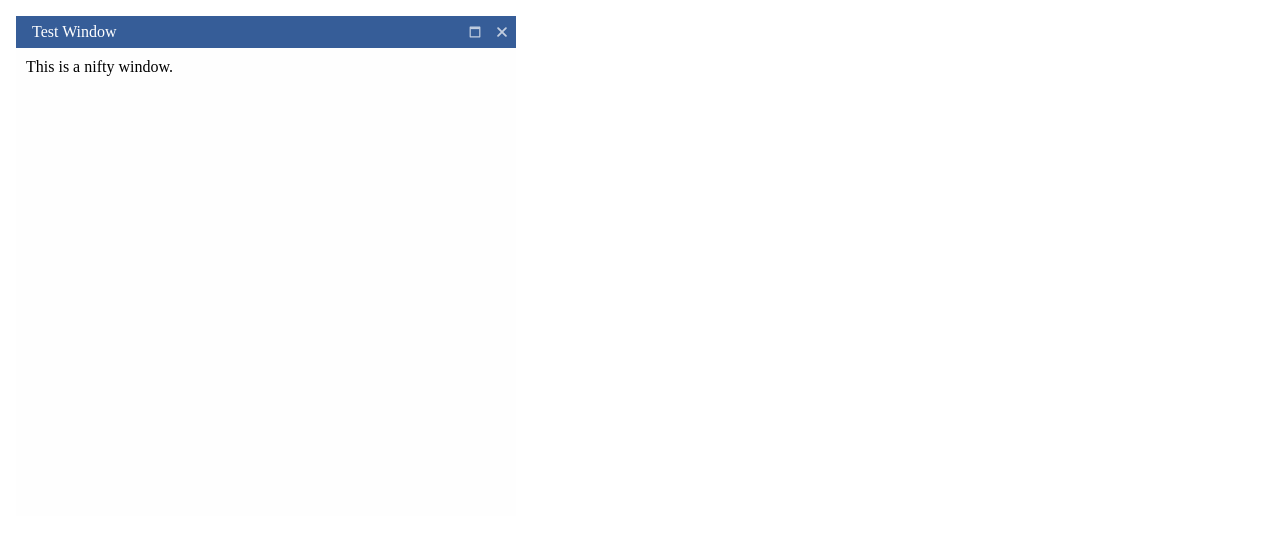
Repository: t-aftanashchuk/window-manager
Page: index.html
The author's editor kept a copy of each file at every save. The page is drawn from the files as they stood at one save, then again after the next save.
The browser window is 1280 px wide. The pictures show the whole page.

Above is the page before, as saved 2020-10-27 12:56:48.

After the next save:
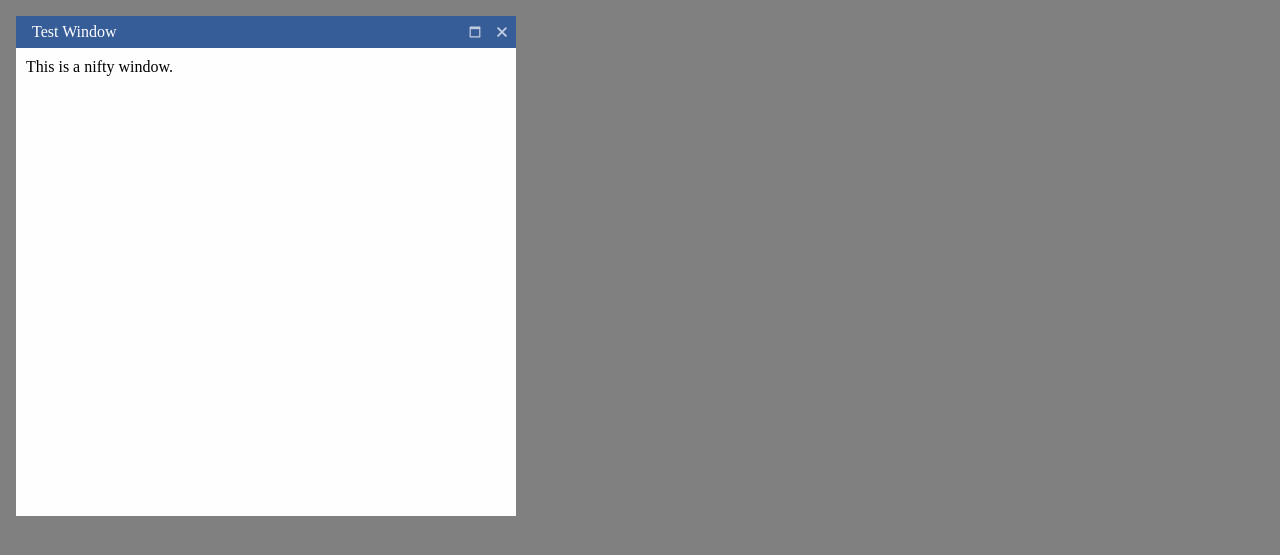
Saved 33 s later.
--- a/index.html
+++ b/index.html
@@ -2,6 +2,11 @@
     <meta charset="utf-8">
     <title>simple-window-manager</title>
     <!-- <link rel="stylesheet" href="index.css"> -->
+    <style>
+        body {
+            background-color: grey;
+        }
+    </style>
 </head>
 <body>
     <script src="./public/simple-window-manager.min.js"></script>
